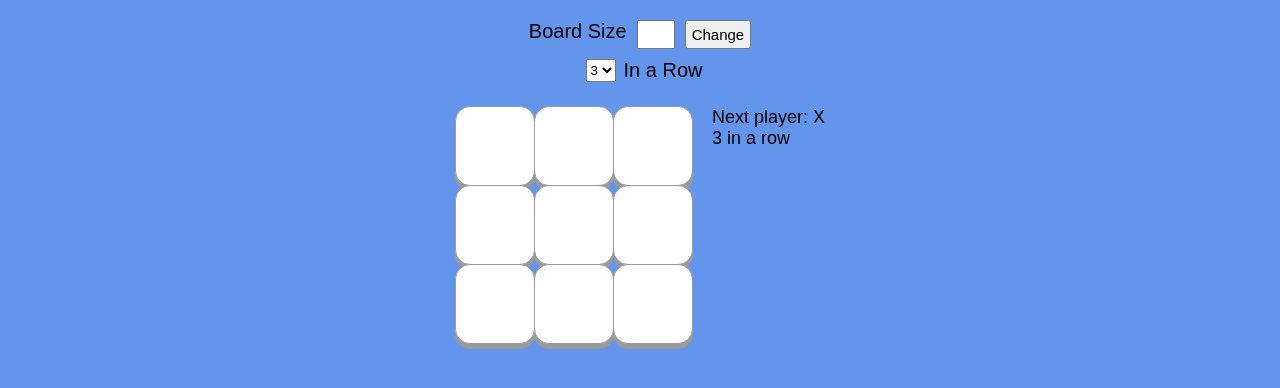
Repository: yshong211/tic-tac-toe-0708
Page: /
These files come from the project's save history. The page is drawn as it stood at one moment and after the next save; the edit follows.
The browser window is 1280 px wide. The pictures show the whole page.
The project was rebuilt for these pictures with package versions that can differ from the ones it lists, and the page was loaded fresh each time.

Above is the page before, as saved 2020-07-09 10:18:01.

After the next save:
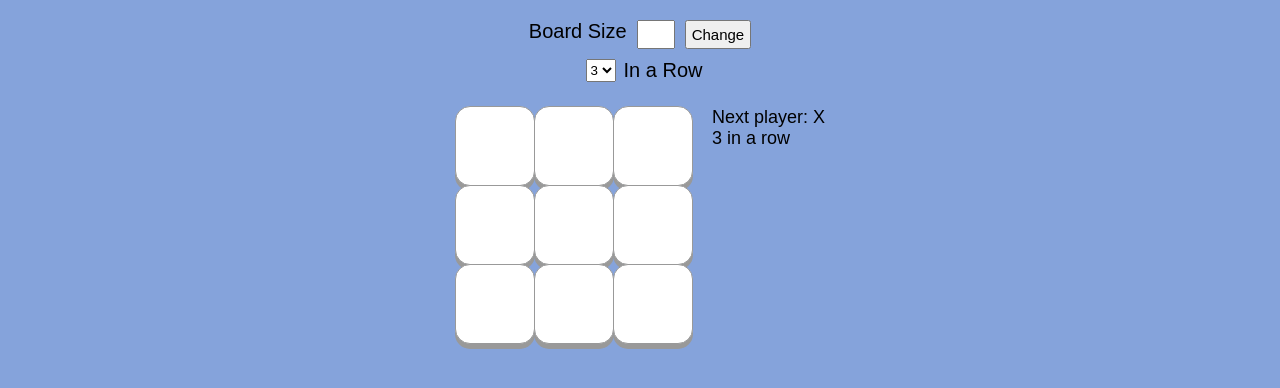
Saved 26 s later.
--- a/src/index.css
+++ b/src/index.css
@@ -1,7 +1,7 @@
 body {
   font: 18px 'Century Gothic', Futura, sans-serif; /* size, font */
   margin: 20px; /* space outside of border */
-  background-color: cornflowerblue;
+  background-color: rgb(133, 163, 219);
 }
 
 form {
